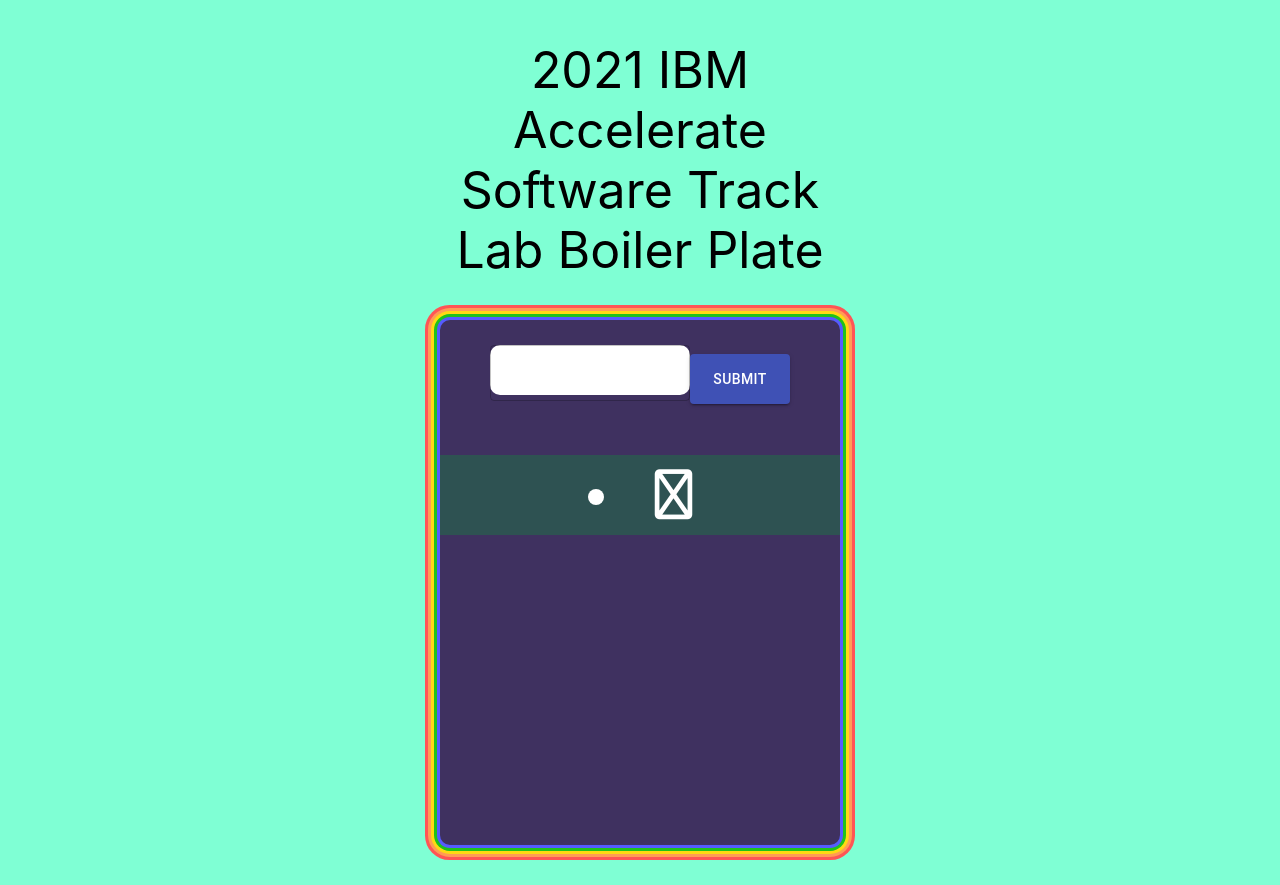
Repository: 2021-IBM-Accelerate-SW-Track/lab-1-team-34
Page: /
These files come from the project's save history. The page is drawn as it stood at one moment and after the next save; the edit follows.
The browser window is 1280 px wide. The pictures show the whole page.
Some web libraries are served in a nearby version. The project was rebuilt for these pictures with package versions that can differ from the ones it lists, and the page was loaded fresh each time.

Above is the page before, as saved 2021-06-14 21:22:37.

After the next save:
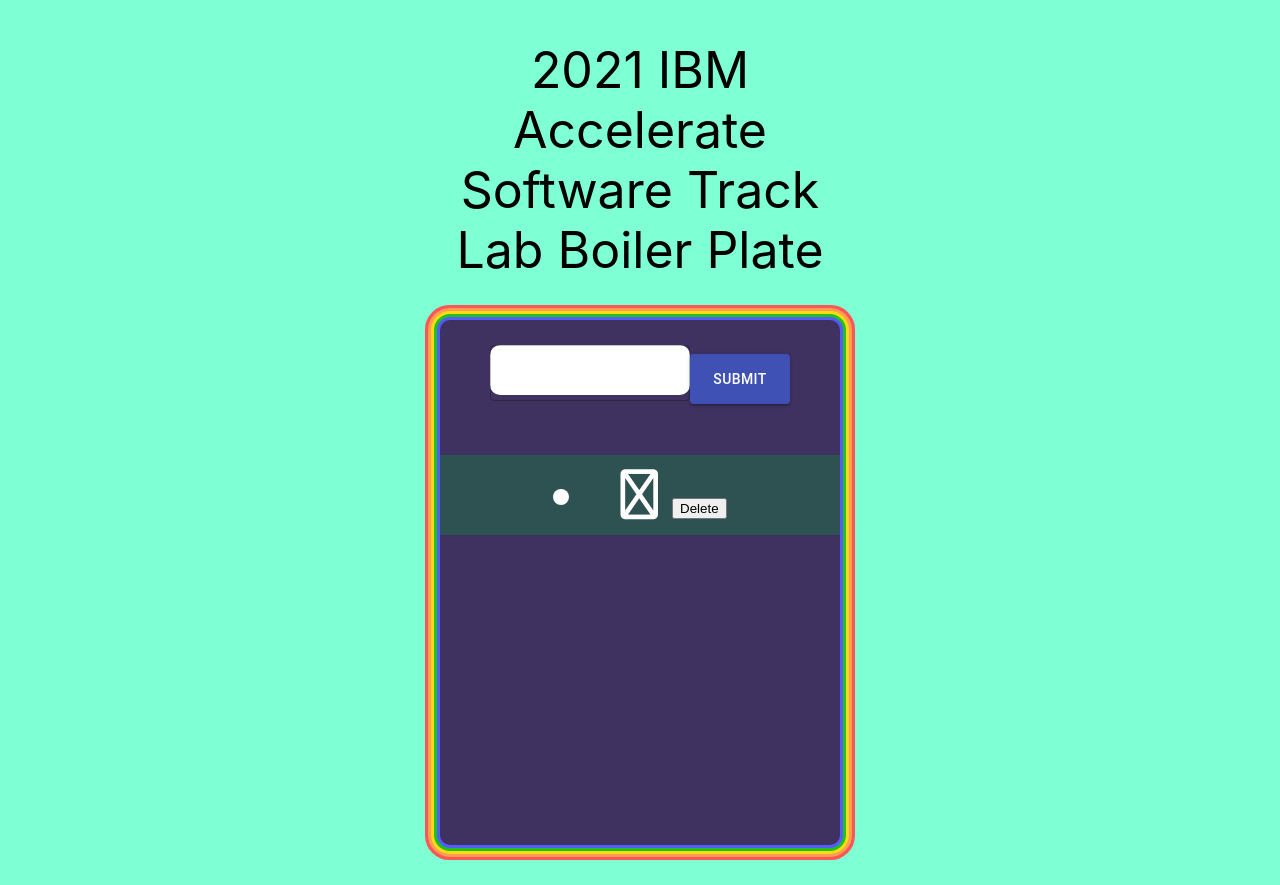
Saved 20 s later.
--- a/src/component/Input/input.js
+++ b/src/component/Input/input.js
@@ -61,7 +61,7 @@
               return (
                 <div className="line">
                   <li className="list" key={index}>
-                    {item}
+                    {item} <button> Delete</button>
                   </li>
                 </div>
               );
